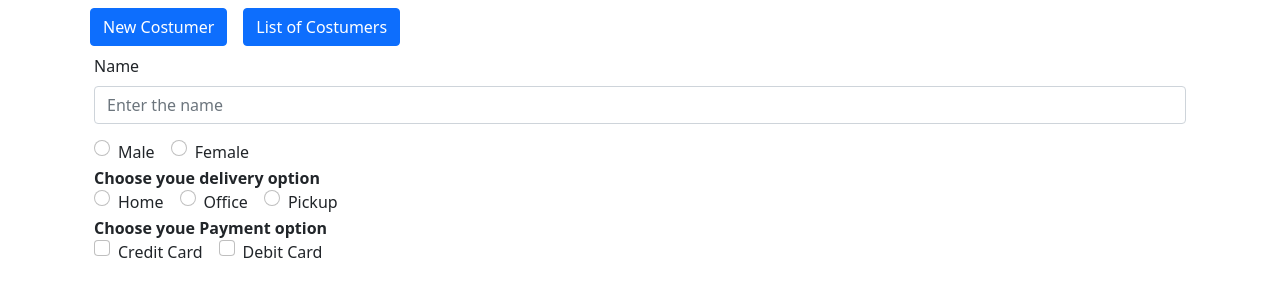
Repository: Sanjayjangra88/combo_app
Page: /, after clicking the first element matching `button.btn`
An editor plug-in stored every save of this project. The page is shown before and after the next save, followed by the edit.
The browser window is 1280 px wide. The pictures show the whole page.
Some web libraries are served in a nearby version. The project was rebuilt for these pictures with package versions that can differ from the ones it lists, and the page was loaded fresh each time. Also part of the build but not shown: src/App.js.

Above is the page before, as saved 2022-06-04 13:10:15.

After the next save:
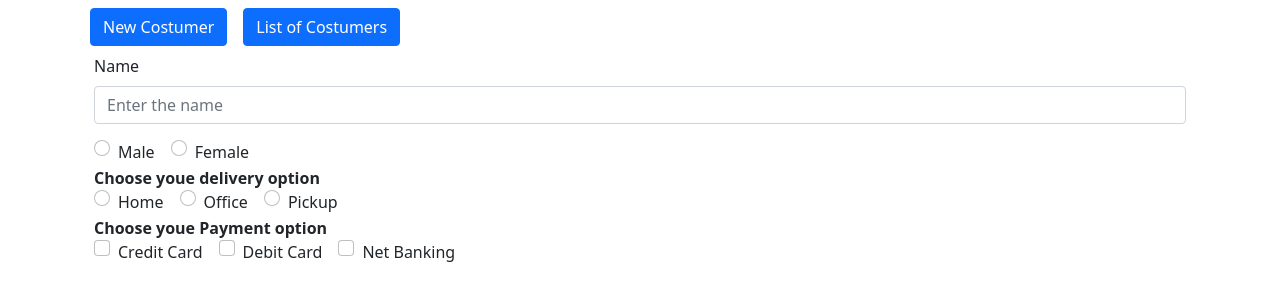
Saved 100 s later.
--- a/src/Components/dpForm.jsx
+++ b/src/Components/dpForm.jsx
@@ -93,6 +93,16 @@ export class dpForm extends Component {
                     onChange={this.handelChange}/>
                     <label className="form-check-label">Debit Card</label>
                 </div>
+                <div className="form-check form-check-inline">
+                    <input
+                    className="form-check-input"
+                    type="checkbox"
+                    name="payment"
+                    value="netbanking"
+                    checked={payment==="netbanking"}
+                    onChange={this.handelChange}/>
+                    <label className="form-check-label">Net Banking</label>
+                </div>
 
       </div>
     )
